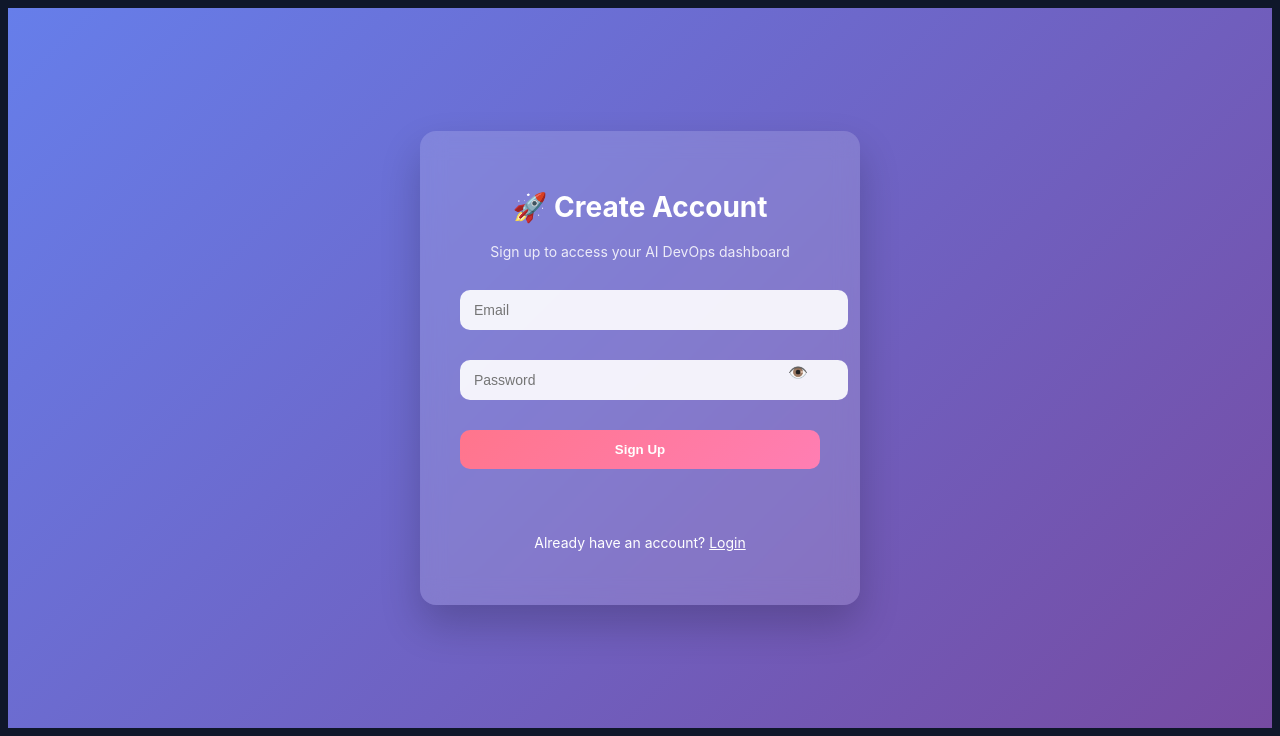
Repository: kundanchouhan12/DevX-Ai-Powered-Devops-Assistant-GenAi-LLM
Page: /signup (app in frontend/)
An editor plug-in stored every save of this project. The page is shown before and after the next save, followed by the edit.
The browser window is 1280 px wide. The pictures show the whole page.
The page's requests for data from a server got no answer. The project was rebuilt for these pictures with package versions that can differ from the ones it lists, and the page was loaded fresh each time. No one was signed in, and anything a server would have sent is missing. Also part of the build but not shown: frontend/vite.config.js, frontend/src/pages/Home.jsx, frontend/src/pages/Dashboard.jsx, frontend/src/pages/Login.jsx, frontend/src/components/PrivateRoute.jsx.

Above is the page before, as saved 2026-01-31 14:29:58.

After the next save:
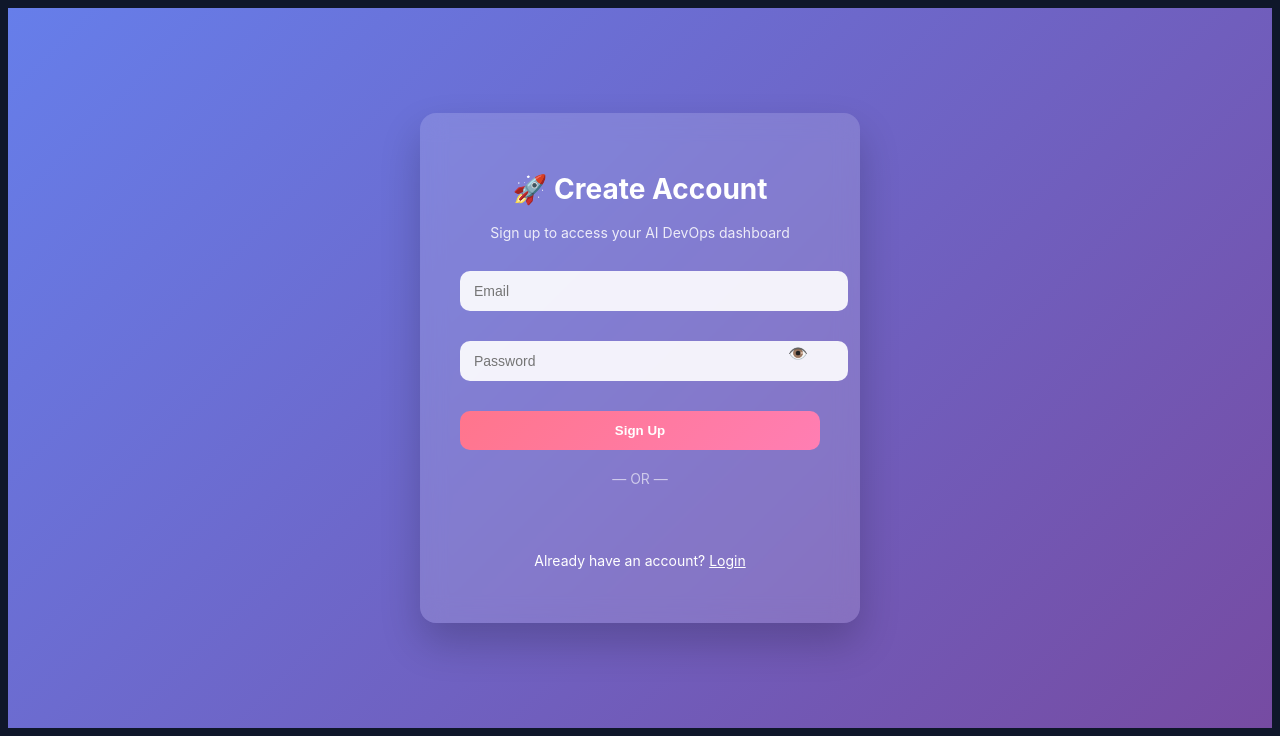
Saved 2 min 5 s later.
--- a/frontend/src/pages/Signup.jsx
+++ b/frontend/src/pages/Signup.jsx
@@ -59,21 +59,26 @@ export default function Signup() {
         <button style={buttonStyle} onClick={handleSignup}>
           Sign Up
         </button>
-        <GoogleLogin
-          onSuccess={async (cred) => {
-            try {
-              const res = await googleLogin(cred.credential);
-              localStorage.setItem("token", res.data.token);
-              navigate("/");
-            } catch (err) {
-              setError("Google signup failed");
-            }
-          }}
-          onError={() => setError("Google signup failed")}
-          theme="outline"
-          size="large"
-          width="300"
-        />
+
+        <div style={divider}>— OR —</div>
+
+        <div style={googleWrapper}>
+          <GoogleLogin
+            onSuccess={async (cred) => {
+              try {
+                const res = await googleLogin(cred.credential);
+                localStorage.setItem("token", res.data.token);
+                navigate("/");
+              } catch {
+                setError("Google signup failed");
+              }
+            }}
+            onError={() => setError("Google signup failed")}
+            theme="outline"
+            size="large"
+            width="300"
+          />
+        </div>
 
         <p style={footerText}>
           Already have an account?{" "}
@@ -85,6 +90,9 @@ export default function Signup() {
     </div>
   );
 }
+
+/* ================= STYLES ================= */
+
 const pageStyle = {
   height: "100vh",
   display: "flex",
@@ -144,15 +152,16 @@ const buttonStyle = {
   marginBottom: "10px",
 };
 
-const googleButton = {
-  width: "100%",
-  padding: "12px",
-  borderRadius: "10px",
-  border: "1px solid #ddd",
-  background: "#fff",
-  color: "#000",
-  fontWeight: 600,
-  cursor: "pointer",
+const googleWrapper = {
+  display: "flex",
+  justifyContent: "center",
+  marginBottom: "5px",
+};
+
+const divider = {
+  margin: "10px 0",
+  opacity: 0.6,
+  fontSize: 14,
 };
 
 const errorStyle = {
